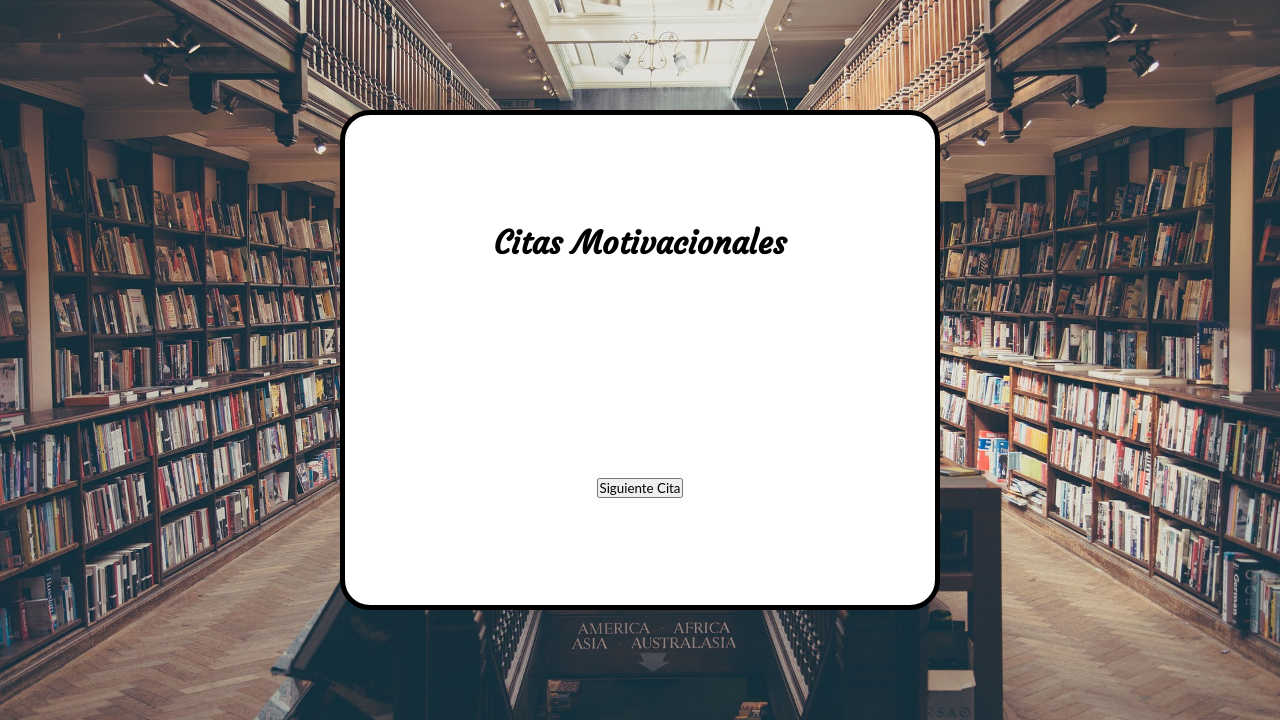
Repository: JoyMoGas/javascript-learn
Page: citas-aleatorias/index.html
An editor plug-in stored every save of this project. The page is shown before and after the next save, followed by the edit.
The browser window is 1280 px wide. The pictures show the whole page.

Above is the page before, as saved 2024-05-12 17:38:09.

After the next save:
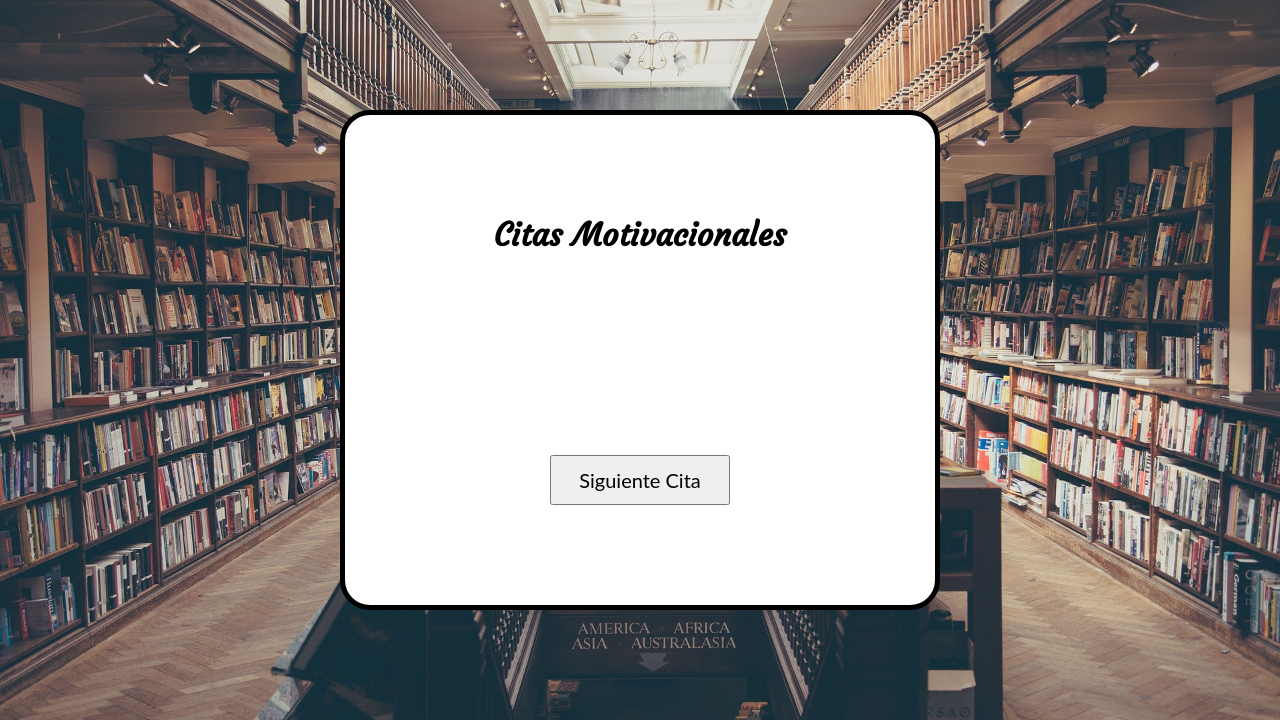
Saved 53 s later.
--- a/citas-aleatorias/styles.css
+++ b/citas-aleatorias/styles.css
@@ -67,3 +67,9 @@ border-radius: 30px;
   padding: 20px;
   font-family: 'Courgette', cursive;
 }
+
+#boton-cambiar-cita {
+  width: 180px;
+  height: 50px;
+  font-size: 20px;
+}
